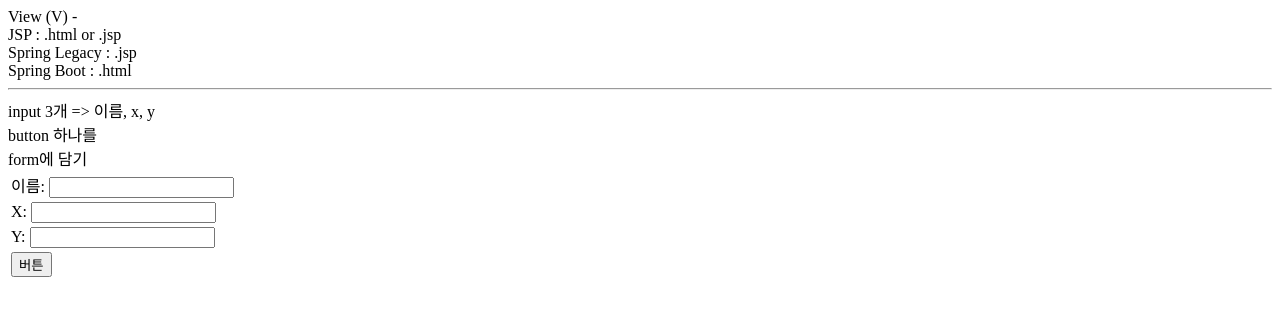
Repository: AgentHyun/FishDalle3
Page: http://localhost/Feb11_2_SpringMVC/
The author's editor kept a copy of each file at every save. The page is drawn from the files as they stood at one save, then again after the next save.
The browser window is 1280 px wide. The pictures show the whole page.
The page is served by Tomcat 9.

Above is the page before, as saved 2025-02-11 01:37:32.

After the next save:
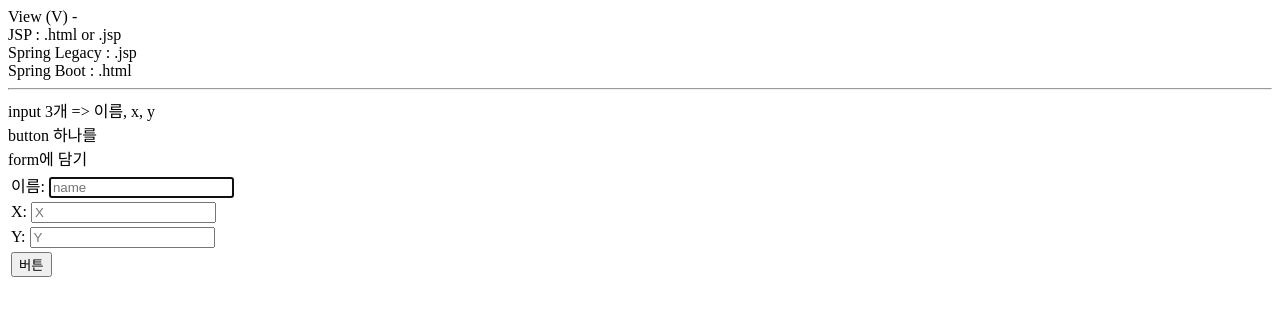
Saved 94 s later.
--- a/Feb11_2_SpringMVC/src/main/webapp/WEB-INF/views/index.jsp
+++ b/Feb11_2_SpringMVC/src/main/webapp/WEB-INF/views/index.jsp
@@ -18,13 +18,13 @@
       <form>
   <table>
     <tr>
-      <td>이름: <input name="name"></td>
+      <td>이름: <input name="name" placeholder = "name" autofocus = "autofocus"></td>
     </tr>
     <tr>
-      <td>X: <input name="X"></td>
+      <td>X: <input name="X" placeholder = "X" autofocus = "autofocus"></td>
     </tr>
     <tr>
-      <td>Y: <input name="Y"></td>
+      <td>Y: <input name="Y" placeholder = "Y" autofocus = "autofocus"></td>
     </tr>
     <tr>
       <td><button>버튼</button></td>
